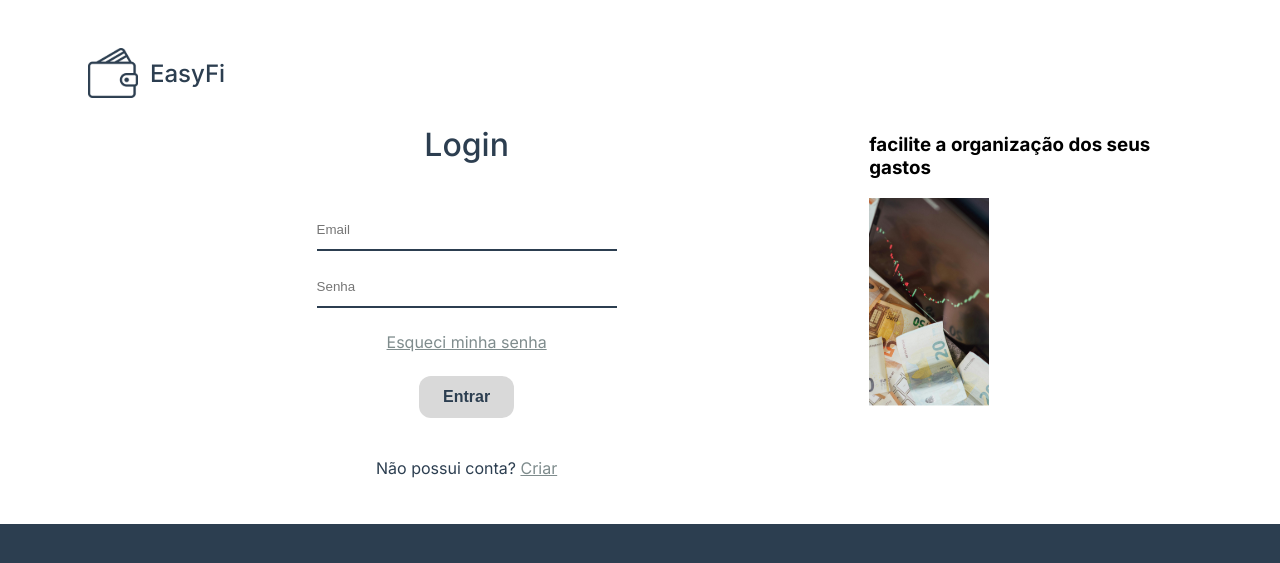
Repository: Ingridiag/projeto-engenharia
Page: login.html
The author's editor kept a copy of each file at every save. The page is drawn from the files as they stood at one save, then again after a run of saves.
The browser window is 1280 px wide. The pictures show the whole page.

Above is the page before, as saved 2024-10-28 16:50:14.

### login.html
<!DOCTYPE html>
<html lang="pt">

<head>
    <meta charset="UTF-8">
    <meta name="viewport" content="width=device-width, initial-scale=1.0">
    <link rel="preconnect" href="https://fonts.googleapis.com">
<link rel="preconnect" href="https://fonts.gstatic.com" crossorigin>
<link href="https://fonts.googleapis.com/css2?family=Inter:ital,opsz,wght@0,14..32,100..900;1,14..32,100..900&display=swap"
rel="stylesheet">
    <link rel="stylesheet" href="style.css">
    <title>Login</title>
</head>

<body>
    <div class="container">

        <!-- Tela Login -->
        <div class="login">
            <div class="primeira-coluna">
                <div class="logo">
                    <img src="imagens/logo-azul 1.svg" alt="logo">
                    <h1>EasyFi</h1>
                </div>
                <div class="formulario">
                    <h1 class="title">Login</h1>
                    <form >
                        <input type="email" placeholder="Email">
                        <input type="password" placeholder="Senha">
                    </form>
                    <div class="uses">
                        <a href="#" class="link">Esqueci minha senha</a>

                    </div>
                    <div class="btn-default">
                        <button>
                            Entrar
                        </button>
                    </div>
                    <div >
                        <p>Não possui conta?
                            <span>
                                <a href="#" class="link">Criar</a>
                            </span>
                        </p>
                    </div>
                </div>
            </div>
            <div class="decor">
                <h3 class="mensagem">
                    facilite a organização dos seus gastos
                </h3>
                <img width="120" src="imagens/imagem_background.svg" alt="imagem_background">
            </div>
        </div>



        <div class="cadastro">
            <!-- Tela Cadastro -->
            <div class="decor">
                <h3 class="mensagem">
                    facilite a organização dos seus gastos
                </h3>
            </div>

            <div class="primeira-coluna">
                <div class="logo">
                    <img src="imagens/logo-azul 1.svg" alt="logo">
                    <h1>EasyFi</h1>
                </div>
                <div class="formulario">
                    <h1 class="title">Criar Conta</h1>
                    <form >
                        <input type="text" placeholder="Nome">
                        <input type="email" placeholder="Email">
                        <input type="password" placeholder="Senha">
                        <input type="password" placeholder=" Confirmar senha">
                    </form>
                    <div>
                        <a href="#" class="link">Esqueci minha senha</a>

                    </div>
                    <div class="btn-default">
                        <button>
                            Entrar
                        </button>
                    </div>
                    <div class="uses">
                        <p>Já possui conta?
                            <span>
                                <a href="#" class="link">Login</a>
                            </span>
                        </p>
                    </div>
                </div>
            </div>
        </div>


    </div>

</body>

</html>

### style.css
body {
    margin: 0;
    padding: 0;
    box-sizing: border-box;
    background: #2C3E50;
    font-family: "Inter", sans-serif;
}

.container {
    display: flex;
    justify-content: center;
    align-items: center;
    margin: ;
}

.login {
    width: 100%;
    height: 55vh;
    padding: 5%;
    display: flex;
    align-items: center;
    background: #fff;
    justify-content: space-between;
}

.primeira-coluna {
    width: 70%;
    display: flex;
    flex-direction: column;
    justify-content: center;
    /* background: #909090; */
}

.logo {
    display: flex;
    gap: 12px;
    align-items: center;
    padding: 12px 24px 0;
    color: #2C3E50;

    h1 {
        font-size: 24px;
        font-weight: 500;
    }
    img{
        width: 50px;

    }

}

.formulario {
    display: flex;
    flex-direction: column;
    align-items: center;
    gap: 24px;
    color: #2C3E50;
    h1{
        font-weight: 500;}
}

.formulario form {
    display: flex;
    flex-direction: column;
    gap: 16px;
}

.formulario form input {
    width: 300px;
    padding: 12px 0px;
    background: none;
    border: none;
    border-bottom: 2px solid #2C3E50;
    outline: none;
    color: #2C3E50;

}

.formulario a {
    color: #7F8C8D;
}

.btn-default button {
    background: #D9D9D9;
    border: none;
    border-radius: 12px;
    padding: 12px 24px;
    font-size: 16px;
    transition: 0.2s ease;
    cursor: pointer;
    color: #2C3E50;
    font-weight: 600;
}

.btn-default button:hover {
    background: #F4EEEE;
    color: #577695;
    transform: scale(1.1);
}
/* .decor{
   display: flex;
   img{
    width: 100%;
    height: 80%;
    pa
   }
} */

.cadastro {
    display: none;
    flex-direction: column;
    position: relative;
}

After the next 2 saves:
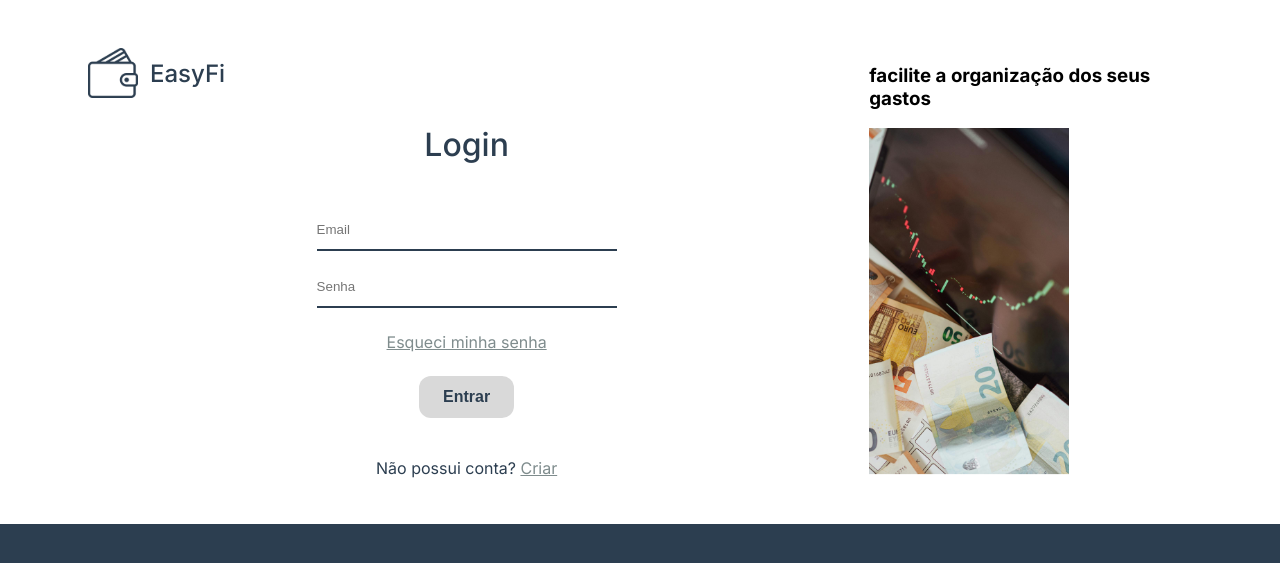
The 2 saves are shown as one change because they came seconds apart.
The last was saved 6 s later.
--- a/login.html
+++ b/login.html
@@ -50,7 +50,7 @@ rel="stylesheet">
                 <h3 class="mensagem">
                     facilite a organização dos seus gastos
                 </h3>
-                <img width="120" src="imagens/imagem_background.svg" alt="imagem_background">
+                <img width="200" src="imagens/imagem_background.svg" alt="imagem_background">
             </div>
         </div>
 
